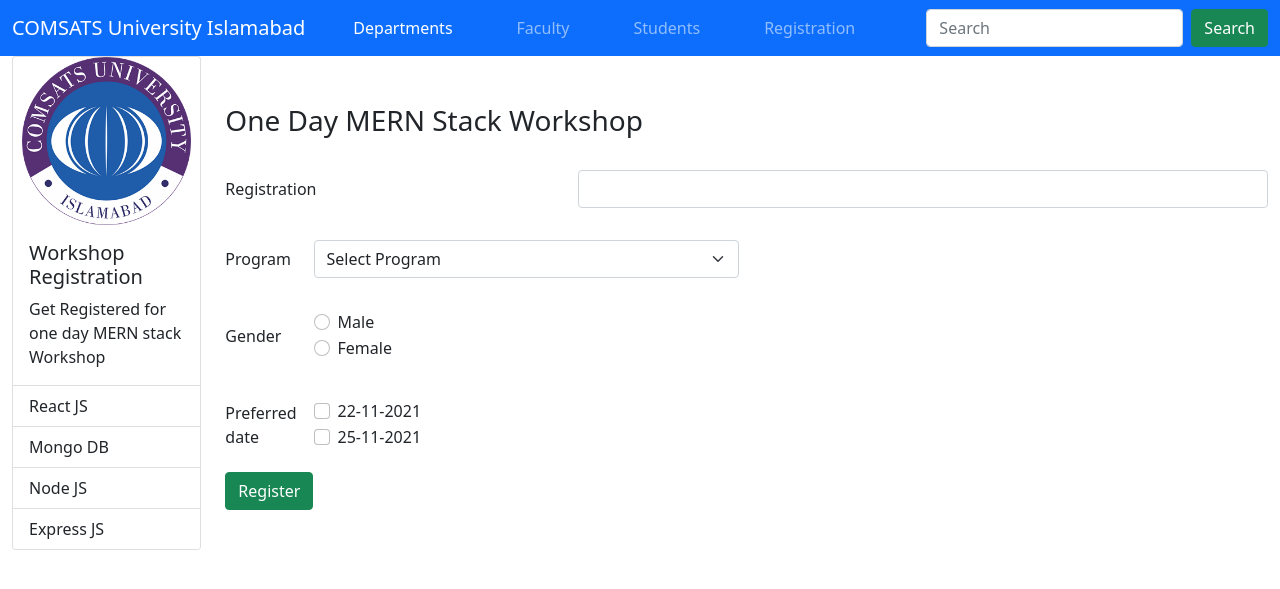
Repository: SaudCh/Web-Mid-Exams
Page: /register
An editor plug-in stored every save of this project. The page is shown before and after the next save, followed by the edit.
The browser window is 1280 px wide. The pictures show the whole page.
The project was rebuilt for these pictures with package versions that can differ from the ones it lists, and the page was loaded fresh each time. Also part of the build but not shown: src/Invalid/invalid.jsx, src/Students/student.jsx.

Above is the page before, as saved 2021-11-27 09:37:30.

After the next save:
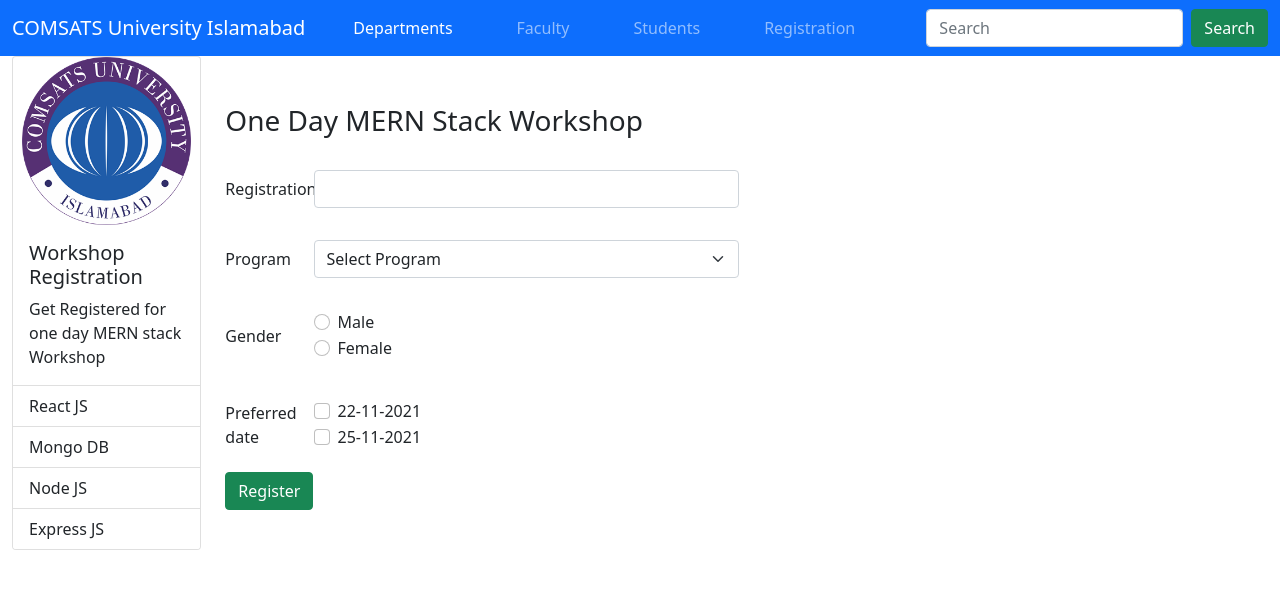
Saved 21 s later.
--- a/src/Register/register.jsx
+++ b/src/Register/register.jsx
@@ -73,12 +73,12 @@
           <Form onSubmit={handleSubmit}>
             {/*********Registration********** */}
             <div class="row g-3 align-items-center my-3">
-              <div class="col-4">
+              <div class="col-4 col-md-1">
                 <label for="registration" class="col-form-label">
                   Registration
                 </label>
               </div>
-              <div class="col-8">
+              <div class="col-8 col-md-5">
                 <Field
                   onChange={handleChange}
                   type="text"
